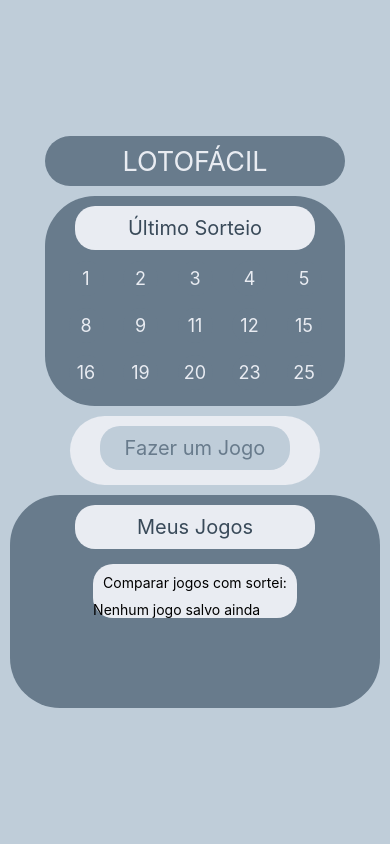
Repository: Deyvid-Kasteh/LotofacilApp
Screen: /
An editor plug-in stored every save of this project. The screen is shown before and after a run of saves, followed by the edit.
The app was drawn by React Native's web renderer in a window 390 px wide. The project was rebuilt for these pictures with package versions that can differ from the ones it lists, and the page was loaded fresh each time. Also part of the build but not shown: Bolhas.js, components/Resultado.js, paginaTESTE2.js, SeuComponentePai.js, components/Jogo.js, components/ResultadoTexte2.js.

Above is the screen before, as saved 2023-12-03 01:09:02.

### App.js
import { StatusBar } from 'expo-status-bar';
import { Text, View } from 'react-native';
import MainPage from './pages/MainPage';

export default function App() {
  return (
    <MainPage/>
  );
}

### pages/MainPage.js
import { View, Text } from 'react-native'
import React from 'react'
import { StatusBar } from "expo-status-bar";
import Resultado from '../components/Resultado';
import PaginaTesteee from '../paginaTESTE';
import Teste2pagina from '../paginaTESTE2';
import SeuComponentePai from '../SeuComponentePai';
import ResultadoTexte from '../components/ResultadoTexte';
import ResultadoTexte2 from '../components/ResultadoTexte2';
import MostrarJogosSalvos from '../components/MostrarJogosSalvos';
import ResultadoTexteParaFazerCorreções from '../paginaTESTE';
import PickerTeste from '../paginaTESTE';






const MainPage = () => {
  return (
    <View
      style={{
        flex: 1,
        alignItems: "center",
        justifyContent: "flex-start",
        backgroundColor: "#BFCDD9",
      }}
    >
      <StatusBar style="auto" />
      {/* <Text>Lotofácil</Text> */}
      {/* <Resultado /> */}
      {/* <PaginaTesteee /> */}
      {/* <Teste2pagina/> */}
      {/* <SeuComponentePai/> */}
      <ResultadoTexte />
      {/* <PickerTeste /> */}
      {/* <ResultadoTexte2/> */}
      {/* <MostrarJogosSalvos /> */}
    </View>
  );
}

export default MainPage

### components/ResultadoTexte.js
import { View, Text, TouchableOpacity } from "react-native";
import React, { useState } from "react";
import AsyncStorage from "@react-native-async-storage/async-storage";

import Bubble from "./Bubble";
import latestJson from "../Latest.json";
import Bolhas from "../Bolhas";
import Jogo from "./Jogo";
import MostrarJogosSalvos from "./MostrarJogosSalvos";

// Defina constantes para cores
const backgroundColor1 = "#687B8C";
const backgroundColor2 = "#394A59";
const backgroundColor3 = "#E9ECF2";

const bolhasContainerStyle = {
  flexWrap: "wrap",
  flexDirection: "row",
  alignContent: "center",
  justifyContent: "space-evenly",
};
const ResultadoTexte = () => {
  const [viewHeight, setViewHeight] = useState(50);
  const toggleHeight = () => {
    const newHeight = viewHeight === 50 ? 200 : 50;
    setViewHeight(newHeight);
    console.log("mudou");
  };

  const [alturaView1, setAlturaView1] = useState(200);
  const toggleAltura = () => {
    const novaAltura = alturaView1 === 200 ? 50 : 200;
    setAlturaView1(novaAltura);
  };

  const [alturaView3, setAlturaView3] = useState(200);
  const toggleAlturaView3 = () => {
    const novaAlturaView3 = alturaView3 === 200 ? 50 : 200;
    setAlturaView3(novaAlturaView3);
  };

  const dezenas = latestJson.Dezenas;

  const renderFazerJogo = () => {
    const [chosenNumbers, setChosenNumbers] = useState([]);
    const bolhasSelecionadas = chosenNumbers.length;
    const onSaveJogoPress = async () => {
      if (bolhasSelecionadas === 15) {
        try {
          // Recupera os jogos já salvos (se existirem)
          const jogosSalvosJSON = await AsyncStorage.getItem("meusJogos");
          const jogosSalvos = jogosSalvosJSON
            ? JSON.parse(jogosSalvosJSON)
            : [];

          // Cria um objeto representando o jogo atual
          const jogoAtual = {
            numerosSelecionados: chosenNumbers,
            data: new Date().toLocaleString(),
          };

          // Adiciona o jogo atual à lista de jogos
          jogosSalvos.push(jogoAtual);

          // Salva a lista atualizada de jogos no AsyncStorage
          await AsyncStorage.setItem("meusJogos", JSON.stringify(jogosSalvos));

          console.log("Jogo salvo!");
          // Limpa os números escolhidos após salvar o jogo
          setChosenNumbers([]);
        } catch (error) {
          console.error("Erro ao salvar o jogo:", error);
        }
      } else {
        console.log("Selecione exatamente 15 números para salvar o jogo.");
      }
    };
    const handleBolhaPress = (numero) => {
      if (chosenNumbers.includes(numero)) {
        setChosenNumbers(chosenNumbers.filter((num) => num !== numero));
      } else {
        if (bolhasSelecionadas < 15) {
          setChosenNumbers([...chosenNumbers, numero]);
        }
      }
    };
    const dezenasParaEscolher = Array.from({ length: 25 }, (_, i) => i + 1);

    if (viewHeight === 50) {
      return null;
    } else {
      return (
        <View style={{ justifyContent: "center", alignItems: "center" }}>
          <View style={{}}>
            <Text
              style={{
                color: backgroundColor3,
                fontSize: 16,
              }}
            >
              Escolha 15 números
            </Text>
          </View>
          <View style={bolhasContainerStyle}>
            {dezenasParaEscolher.map((numero, index) => (
              <Bolhas
                key={index}
                numero={numero}
                choose={chosenNumbers.includes(numero)}
                onPress={() => handleBolhaPress(numero)}
              />
            ))}
          </View>
          <View key="números" style={{}}>
            <Text
              style={{
                color: backgroundColor3,
                fontSize: 16,
              }}
            >
              {bolhasSelecionadas} números selecionados
            </Text>
            <TouchableOpacity onPress={onSaveJogoPress}>
              <Text
                style={{
                  color: bolhasSelecionadas === 15 ? "green" : backgroundColor3,
                }}
              >
                SALVAR JOGO
              </Text>
            </TouchableOpacity>
            {/* <TouchableOpacity onPress={onDeleteJogosPress}>
              <Text style={{ color: "red" }}>DELETAR JOGOS</Text>
            </TouchableOpacity> */}
          </View>
        </View>
      );
    }
  };

  const renderConferirJogos = () => {
    if (alturaView3 === 50) {
      return null; // Retorna null se a altura for 50
    } else {
      return (
        <View style={bolhasContainerStyle}>
          <MostrarJogosSalvos />
        </View>
      );
    }
  };

  return (
    <View
      style={{
        flex: 1,
        justifyContent: "center",
        alignItems: "center",
      }}
    >
      <View
        style={{
          width: 300,
          height: 50,
          borderRadius: 50,
          alignItems: "center",
          justifyContent: "center",
          elevation: 2,
          backgroundColor: backgroundColor1,
          marginBottom: 10,
        }}
      >
        <Text
          style={{
            color: backgroundColor3,
            fontSize: 27,
          }}
        >
          LOTOFÁCIL
        </Text>
      </View>

      <View
        key="1"
        style={[
          {
            width: 300,
            padding: 10,
            borderRadius: 50,
            alignItems: "center",
            elevation: 2,
            backgroundColor: backgroundColor1,
            marginBottom: 10,
          },
          alturaView1 === 50
            ? { width: 250, backgroundColor: "#E9ECF2" }
            : { width: 300, backgroundColor: "#687B8C" },
        ]}
      >
        <TouchableOpacity
          style={[
            {
              width: 240,
              backgroundColor: backgroundColor3,
              elevation: 5,
              justifyContent: "center",
              alignItems: "center",
              padding: 10,
              borderRadius: 20,
              marginBottom: 5,
            },
            alturaView1 === 50
              ? { width: 190, backgroundColor: "#BFCDD9" }
              : { width: 240, backgroundColor: "#E9ECF2" },
          ]}
          onPress={() => toggleAltura()}
        >
          <Text
            style={{
              fontSize: 20,
              color: alturaView1 === 50 ? backgroundColor1 : backgroundColor2,
            }}
          >
            Último Sorteio
          </Text>
        </TouchableOpacity>

        {alturaView1 === 200 && (
          <View style={bolhasContainerStyle}>
            {dezenas.map((numero, index) => (
              <Bubble key={index} numero={numero} />
            ))}
          </View>
        )}
      </View>

      <View
        key="2"
        style={[
          {
            width: 300,
            padding: 10,
            borderRadius: 50,
            alignItems: "center",
            elevation: 2,
            marginBottom: 10,
          },
          viewHeight === 50
            ? { width: 250, backgroundColor: "#E9ECF2" }
            : { width: 300, backgroundColor: "#687B8C" },
        ]}
      >
        <TouchableOpacity
          style={[
            {
              width: 240,
              elevation: 5,
              justifyContent: "center",
              alignItems: "center",
              padding: 10,
              borderRadius: 20,
              marginBottom: 5,
            },
            viewHeight === 50
              ? { width: 190, backgroundColor: "#BFCDD9" }
              : { width: 240, backgroundColor: "#E9ECF2" },
          ]}
          onPress={() => toggleHeight()}
        >
          <Text
            style={{
              fontSize: 20,
              color: viewHeight === 50 ? backgroundColor1 : backgroundColor2,
            }}
          >
            Fazer um Jogo
          </Text>
        </TouchableOpacity>
        {renderFazerJogo()}
      </View>
      <View
        key="3"
        style={[
          {
            width: 300,
            padding: 10,
            borderRadius: 50,
            alignItems: "center",
            elevation: 2,
          },
          alturaView3 === 50
            ? { width: 250, backgroundColor: "#E9ECF2" }
            : { width: 370, backgroundColor: "#687B8C" },
        ]}
      >
        <TouchableOpacity
          style={[
            {
              width: 240,
              elevation: 5,
              justifyContent: "center",
              alignItems: "center",
              padding: 10,
              borderRadius: 20,
              marginBottom: 5,
            },
            alturaView3 === 50
              ? { width: 190, backgroundColor: "#BFCDD9" }
              : { width: 240, backgroundColor: "#E9ECF2" },
          ]}
          onPress={() => toggleAlturaView3()}
        >
          <Text
            style={{
              fontSize: 20,
              color: alturaView3 === 50 ? backgroundColor1 : backgroundColor2,
            }}
          >
            Meus Jogos
          </Text>
        </TouchableOpacity>
        {renderConferirJogos()}
        {/* <MostrarJogosSalvos/> */}
      </View>
    </View>
  );
};

export default ResultadoTexte;

### components/MostrarJogosSalvos.js
import React, { useState, useEffect } from "react";
import { View, Text, TouchableOpacity } from "react-native";
import AsyncStorage from "@react-native-async-storage/async-storage";
import Jogo from "./Jogo";
import * as Cores from "../assets/Cores";


const MostrarJogosSalvos = () => {
  const [jogosSalvos, setJogosSalvos] = useState([]);

  // Adicione a função saveJogos
  const saveJogos = async (jogos) => {
    try {
      await AsyncStorage.setItem("meusJogos", JSON.stringify(jogos));
    } catch (error) {
      console.error("Erro ao salvar jogos:", error);
    }
  };

  const handleDelete = async (index) => {
    try {
      const jogosAtualizados = [...jogosSalvos];
      jogosAtualizados.splice(index, 1);

      await saveJogos(jogosAtualizados);

      setJogosSalvos(jogosAtualizados);
    } catch (error) {
      console.error("Erro ao deletar jogo:", error);
    }
  };

  useEffect(() => {
    const carregarJogosSalvos = async () => {
      try {
        const jogosSalvosJSON = await AsyncStorage.getItem("meusJogos");
        const jogosSalvos = jogosSalvosJSON ? JSON.parse(jogosSalvosJSON) : [];
        setJogosSalvos(jogosSalvos);
      } catch (error) {
        console.error("Erro ao carregar jogos salvos:", error);
      }
    };

    carregarJogosSalvos();
  }, []);

  return (
    <View
      style={{
        borderRadius: 20,
        backgroundColor: Cores.cor1,
        marginTop: 10,
        marginBottom: 80,
      }}
    >
      <View
        style={{
          margin: 10,
        }}
      >
        <Text>Comparar jogos com sortei:</Text>
      </View>
      {jogosSalvos.length === 0 ? (
        <Text>Nenhum jogo salvo ainda</Text>
      ) : (
        jogosSalvos.map((jogo, index) => (
          <Jogo
            key={index}
            numerosSelecionados={jogo.numerosSelecionados}
            onDelete={() => handleDelete(index)}
          />
        ))
      )}
    </View>
  );
};

export default MostrarJogosSalvos;

### components/Bubble.js
import { View, Text } from "react-native";
import React from "react";

const Bubble = (props) => {
  if (props.choose) {console.log(props.choose)}
  return (
    <View
      style={[
        {
          width: 35,
          height: 35,
          // backgroundColor: "#394A59",
          // backgroundColor: "#687B8C",

          borderRadius: 50,
          alignContent: "center",
          justifyContent: "center",
          alignItems: "center",
          margin: 6,
          // elevation: 5,
          opacity: 1,
        },
        props.choose
          ? { backgroundColor: "#394A59" }
          : { backgroundColor: "#687B8C" },
      ]}
    >
      <Text
        style={{
          color: "#E9ECF2",
          fontSize: 18,
        }}
      >
        {props.numero}
      </Text>
    </View>
  );
};

export default Bubble;

### Latest.json
{
  "concurso": 2960,
  "Data Sorteio": "22/11/2023",
  "Dezenas": [
    1,
    2,
    3,
    4,
    5,
    8,
    9,
    11,
    12,
    15,
    16,
    19,
    20,
    23,
    25
  ],
  "Ganhadores 15 acertos": 3,
  "Cidade / UF": "BRASILIA/DF; JARAGUA/GO; IPATINGA/MG",
  "Premio 15 Acertos": "R$1.639.439,24",
  "Ganhadores 14 Acertos": 433,
  "Premio 14 Acertos": "R$1.732,84",
  "Ganhadores 13 Acertos": 13831,
  "Premio 13 Acertos": "R$30,00",
  "Ganhadores 12 Acertos": 163567,
  "Premio 12 Acertos": "R$12,00",
  "Ganhadores 11 Acertos": 882304,
  "Premio 11 Acertos": "R$6,00"
}

### assets/Cores.js
export const cor1 = "#E9ECF2"; // Cor mais clara
export const cor2 = "#BFCDD9";
export const cor3 = "#95ACBF";
export const cor4 = "#687B8C";
export const cor5 = "#394A59"; // Cor mais escura

### paginaTESTE.js
import React, { useState } from "react";
import { View, Text, TouchableOpacity, StyleSheet } from "react-native";

const PickerTeste = () => {
  const [selectedNumber, setSelectedNumber] = useState(1);

  const handleLeftArrowPress = () => {
    if (selectedNumber > 1) {
      setSelectedNumber(selectedNumber - 1);
    }
  };

  const handleRightArrowPress = () => {
    if (selectedNumber < 7) {
      setSelectedNumber(selectedNumber + 1);
    }
  };

  return (
    <View style={styles.container}>
      <TouchableOpacity
        onPress={handleLeftArrowPress}
        style={styles.arrowButton}
      >
        <Text style={styles.arrowText}>{"<"}</Text>
      </TouchableOpacity>

      <View style={styles.selectedNumberContainer}>
        <Text style={styles.selectedNumberText}>{selectedNumber}</Text>
      </View>

      <TouchableOpacity
        onPress={handleRightArrowPress}
        style={styles.arrowButton}
      >
        <Text style={styles.arrowText}>{">"}</Text>
      </TouchableOpacity>
    </View>
  );
};

const styles = StyleSheet.create({
  container: {
    flexDirection: "row",
    alignItems: "center",
    justifyContent: "space-between",
    paddingHorizontal: 20,
    marginTop: 20,
  },
  arrowButton: {
    backgroundColor: "#394A59",
    padding: 10,
    borderRadius: 5,
  },
  arrowText: {
    color: "#E9ECF2",
    fontSize: 20,
  },
  selectedNumberContainer: {
    backgroundColor: "#687B8C",
    padding: 20,
    borderRadius: 10,
  },
  selectedNumberText: {
    color: "#E9ECF2",
    fontSize: 24,
  },
});

export default PickerTeste;

After the next 2 saves:
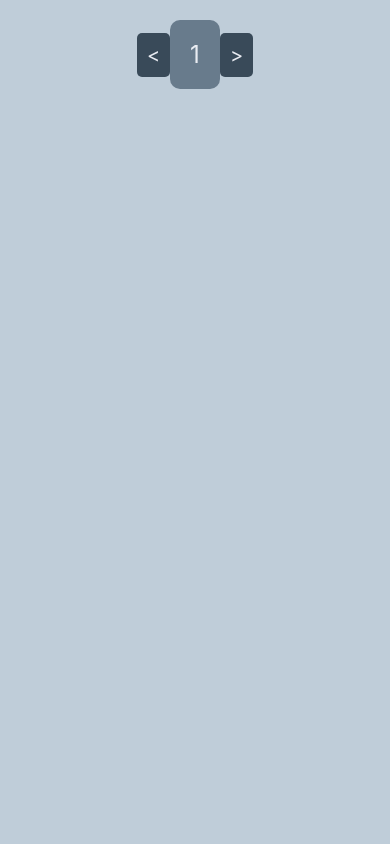
The 2 saves are shown as one change because they came seconds apart.
The last was saved 8 s later.
--- a/pages/MainPage.js
+++ b/pages/MainPage.js
@@ -32,8 +32,8 @@
       {/* <PaginaTesteee /> */}
       {/* <Teste2pagina/> */}
       {/* <SeuComponentePai/> */}
-      <ResultadoTexte />
-      {/* <PickerTeste /> */}
+      {/* <ResultadoTexte /> */}
+      <PickerTeste />
       {/* <ResultadoTexte2/> */}
       {/* <MostrarJogosSalvos /> */}
     </View>
